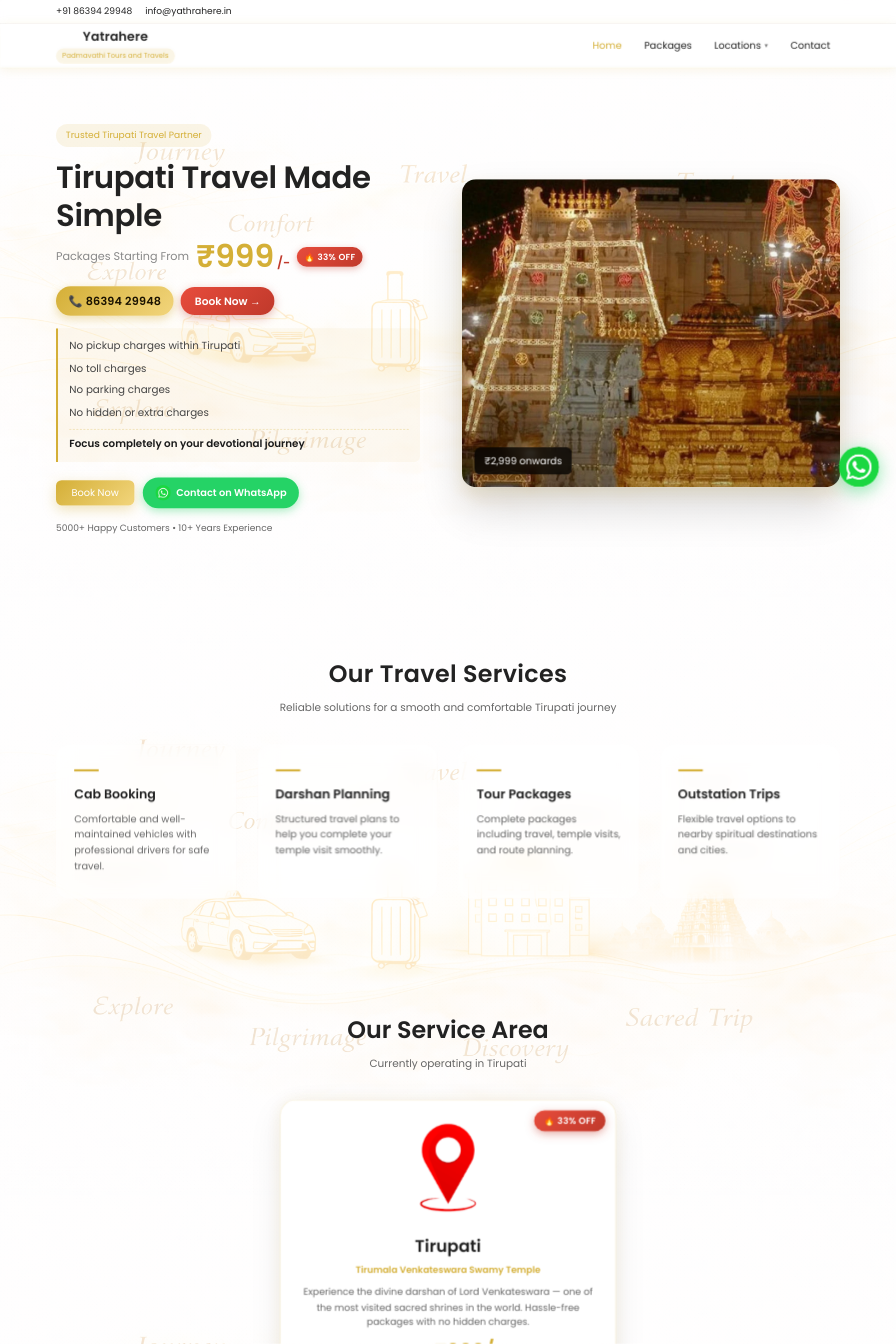
Repository: heytirupati/Bookingweb
Page: index.html
An editor plug-in stored every save of this project. The page is shown before and after the next save, followed by the edit.
The browser window is 1280 px wide. The pictures show the part of the page from y = 0 to 1920 px (the page is 5338 px tall before and 5330 px after), at 70% of full size.
Backgrounds fixed to the window are drawn as part of the page.

Above is the page before, as saved 2026-04-29 16:23:43.

### index.html
<!DOCTYPE html>
<html lang="en">
<head>
    <meta charset="UTF-8">
    <meta name="viewport" content="width=device-width, initial-scale=1.0">

    <title>Tirupati Packages & Cab Services | Yatrahere</title>
    <meta name="description" content="Affordable Tirupati darshan packages with reliable cab services, no hidden charges, and smooth travel planning. Book your Tirupati journey with Yatrahere.">
    <meta name="keywords" content="Tirupati packages, Tirumala darshan, Tirupati cab service, temple travel, Tirupati tours">

    <link href="https://fonts.googleapis.com/css2?family=Poppins:wght@300;400;600&display=swap" rel="stylesheet">
    <link rel="stylesheet" href="css/style.css">
</head>
<body>

<!-- TOP BAR -->
<section class="top-bar">
    <div class="container">
        <div class="top-left">
            <span>+91 86394 29948</span>
            <span>info@yathrahere.in</span>
        </div>
    </div>
</section>

<!-- NAVBAR -->
<header class="navbar">
    <div class="container">
        <div class="logo">
            <a href="index.html" class="logo-link">
                <h2>Yatrahere</h2>
                <div class="hero-badge nav-badge">
                    Padmavathi Tours and Travels
                </div>
            </a>
        </div>
        <div class="menu-toggle" id="menuToggle">☰</div>
        <nav class="nav-menu" id="navMenu">
            <ul>
                <li><a href="index.html" class="active">Home</a></li>
                <li><a href="tirupathi.html">Packages</a></li>

                <li class="has-dropdown">
                    <button class="nav-trigger">Locations <span class="nav-caret">▾</span></button>
                    <div class="nav-dropdown">
                        <a href="tirupathi.html">
                            <span class="nav-dropdown-text">
                                <strong>Tirupati</strong>
                                <span>Darshan · Packages</span>
                            </span>
                        </a>
                    </div>
                </li>

                <li><a href="index.html#contact">Contact</a></li>
            </ul>
        </nav>
    </div>
</header>

<!-- HERO -->
<section class="hero">
    <div class="container hero-container">

        <div class="hero-left">

            <div class="hero-badge">Trusted Tirupati Travel Partner</div>

            <h1>Tirupati Travel Made Simple</h1>

            <div class="hero-price-highlight">
    <div style="width:100%; display:flex; align-items:center; gap:10px; flex-wrap:wrap; margin-bottom:6px;">
        <span class="hero-price-from">Packages Starting From</span>
        <span class="hero-price-amount">₹999<span class="hero-price-only">/-</span></span>
        <span class="hero-discount-badge">🔥 33% OFF</span>
    </div>
    <div style="width:100%; display:flex; align-items:center; gap:10px; flex-wrap:wrap; margin-top:4px;">
        <a href="tel:+918639429948" class="hero-phone-pill">📞 86394 29948</a>
        <a href="booking.html" class="hero-book-now-pill">Book Now →</a>
    </div>
</div>

            <div class="hero-perks">
                <div class="hero-perk-item">
                    <span>No pickup charges within Tirupati</span>
                </div>
                <div class="hero-perk-item">
                    <span>No toll charges</span>
                </div>
                <div class="hero-perk-item">
                    <span>No parking charges</span>
                </div>
                <div class="hero-perk-item">
                    <span>No hidden or extra charges</span>
                </div>
                <div class="hero-perk-item hero-perk-highlight">
                    <span>Focus completely on your devotional journey</span>
                </div>
            </div>

            <div class="hero-buttons">
                <a href="booking.html" class="btn btn-primary">Book Now</a>
                <a href="https://wa.me/918639429948" target="_blank" class="booking-wa-pill"><img src="images/whatsapplogo.png" alt="WhatsApp" class="wa-btn-icon"> Contact on WhatsApp</a>
            </div>
                <div class="hero-trust">5000+ Happy Customers • 10+ Years Experience</div>

        </div>

        <div class="hero-right">
            <div class="carousel">
                <img src="images/t1.jpg" class="active" alt="Tirupati Temple">
                <img src="images/t2.jpg" alt="Tirupati Darshan">
                <img src="images/t3.jpg" alt="Tirupati Travel">
                <div class="hero-price">₹2,999 onwards</div>
            </div>
        </div>

    </div>
</section>

<!-- SERVICES -->
<section class="services">
    <div class="container">
        <div class="section-header">
            <h2 class="services-title">Our Travel Services</h2>
            <p class="section-subtext">Reliable solutions for a smooth and comfortable Tirupati journey</p>
        </div>
        <div class="service-cards">

            <div class="service-card">
                <div class="service-top-line"></div>
                <h3>Cab Booking</h3>
                <p>Comfortable and well-maintained vehicles with professional drivers for safe travel.</p>
            </div>

            <div class="service-card">
                <div class="service-top-line"></div>
                <h3>Darshan Planning</h3>
                <p>Structured travel plans to help you complete your temple visit smoothly.</p>
            </div>

            <div class="service-card">
                <div class="service-top-line"></div>
                <h3>Tour Packages</h3>
                <p>Complete packages including travel, temple visits, and route planning.</p>
            </div>

            <div class="service-card">
                <div class="service-top-line"></div>
                <h3>Outstation Trips</h3>
                <p>Flexible travel options to nearby spiritual destinations and cities.</p>
            </div>

        </div>
    </div>
</section>

<!-- LOCATIONS -->
<section class="locations" id="locations">
    <div class="container">
        <div class="section-header">
            <h2 class="locations-title">Our Service Area</h2>
            <p class="locations-subtext">Currently operating in Tirupati</p>
        </div>
        <div class="location-cards">
            <div class="location-card-rich">
                <div class="location-card-body">
                    <div class="location-card-icon"><img src="images/location.png" alt="Tirupati"></div>
                    <span class="location-offer-badge" style="display:inline-block;margin-bottom:10px;">🔥 33% OFF</span>
                    <h3>Tirupati</h3>
                    <p class="location-card-sub">Tirumala Venkateswara Swamy Temple</p>
                    <p class="location-card-desc">Experience the divine darshan of Lord Venkateswara — one of the most visited sacred shrines in the world. Hassle-free packages with no hidden charges.</p>
                    <div class="location-card-price">
                        <span class="location-old-price">₹1,499</span>
                        <span class="location-new-price">₹999/-</span>
                    </div>
                    <a href="tirupathi.html" class="btn btn-primary location-book-btn">Book Now — 33% Off</a>
                </div>
            </div>
        </div>
    </div>
</section>

<!-- POPULAR PACKAGES -->
<section class="packages" id="packages">
    <div class="container">
        <div class="section-header">
            <h2 class="packages-title">Popular Packages</h2>
            <p class="section-subtext">Choose from our most booked travel options</p>
        </div>

        <div class="package-cards" id="popularPackageCards"></div>

        <div style="text-align:center; margin-top:30px;">
            <a href="tirupathi.html#packages" class="btn btn-outline">View All Packages</a>
        </div>
    </div>
</section>

<!-- SPIRITUAL JOURNEY -->
<section class="spiritual-journey">
    <div class="container">
        <div class="section-header">
            <h2 class="spiritual-title">Spiritual Destinations</h2>
            <p class="spiritual-subtext">Sacred places known for devotion and inner peace</p>
        </div>

        <div class="spiritual-wrapper">
            <div class="spiritual-track">

                <div class="spiritual-item">
                    <div class="spiritual-image"><img src="images/tirumalatemple.png" alt="Tirupati Temple"></div>
                    <div class="spiritual-content">
                        <h3>Tirupati</h3>
                        <p>Home to the Tirumala Venkateswara Temple, one of the most visited pilgrimage sites known for divine blessings and spiritual significance.</p>
                    </div>
                </div>

                <div class="spiritual-item">
                    <div class="spiritual-image"><img src="images/tiruvannamalai.jpg" alt="Tiruvannamalai"></div>
                    <div class="spiritual-content">
                        <h3>Tiruvannamalai</h3>
                        <p>A sacred destination dedicated to Lord Shiva, known for the Arunachala hill and the spiritual practice of Girivalam.</p>
                    </div>
                </div>

            </div>
        </div>
    </div>
</section>

<!-- TESTIMONIALS -->
<section class="testimonials">
    <div class="container">
        <h2>Customer Reviews</h2>

        <div class="testimonial-wrapper">
            <div class="testimonial-track">

                <!-- ORIGINAL SET -->
                <div class="testimonial-card">
                    <p>Very smooth darshan experience with timely pickup and well-organized service.</p>
                    <h4>Ramesh Kumar</h4><span>Tirupati Package</span>
                </div>

                <div class="testimonial-card">
                    <p>Comfortable journey and excellent driver support throughout the trip.</p>
                    <h4>Suresh Reddy</h4><span>Tirumala Visit</span>
                </div>

                <div class="testimonial-card">
                    <p>Simple booking process and a peaceful travel experience. Highly recommended.</p>
                    <h4>Anita Sharma</h4><span>Complete Experience</span>
                </div>

                <div class="testimonial-card">
                    <p>Driver was polite and guided us properly for darshan. Hassle-free journey.</p>
                    <h4>Mahesh Babu</h4><span>Family Trip</span>
                </div>

                <div class="testimonial-card">
                    <p>Good pricing with no hidden charges. Everything was clearly explained.</p>
                    <h4>Priya Nair</h4><span>One Day Package</span>
                </div>

                <div class="testimonial-card">
                    <p>Vehicle was clean and comfortable. Perfect for elderly parents.</p>
                    <h4>Venkatesh Rao</h4><span>Senior Travel</span>
                </div>

                <div class="testimonial-card">
                    <p>On-time pickup and smooth coordination. Very professional service.</p>
                    <h4>Karthik Reddy</h4><span>Darshan Ride</span>
                </div>

                <div class="testimonial-card">
                    <p>Booking was super easy and support team responded quickly.</p>
                    <h4>Sneha Patel</h4><span>Online Booking</span>
                </div>

                <div class="testimonial-card">
                    <p>Best travel experience in Tirupati. Will definitely book again.</p>
                    <h4>Rahul Verma</h4><span>Repeat Customer</span>
                </div>

                <div class="testimonial-card">
                    <p>Well planned itinerary and smooth execution. Totally worth it.</p>
                    <h4>Divya Sharma</h4><span>2-Day Yatra</span>
                </div>


                <!-- DUPLICATE SET (FOR INFINITE LOOP) -->
                <div class="testimonial-card">
                    <p>Very smooth darshan experience with timely pickup and well-organized service.</p>
                    <h4>Ramesh Kumar</h4><span>Tirupati Package</span>
                </div>

                <div class="testimonial-card">
                    <p>Comfortable journey and excellent driver support throughout the trip.</p>
                    <h4>Suresh Reddy</h4><span>Tirumala Visit</span>
                </div>

                <div class="testimonial-card">
                    <p>Simple booking process and a peaceful travel experience. Highly recommended.</p>
                    <h4>Anita Sharma</h4><span>Complete Experience</span>
                </div>

                <div class="testimonial-card">
                    <p>Driver was polite and guided us properly for darshan. Hassle-free journey.</p>
                    <h4>Mahesh Babu</h4><span>Family Trip</span>
                </div>

                <div class="testimonial-card">
                    <p>Good pricing with no hidden charges. Everything was clearly explained.</p>
                    <h4>Priya Nair</h4><span>One Day Package</span>
                </div>

                <div class="testimonial-card">
                    <p>Vehicle was clean and comfortable. Perfect for elderly parents.</p>
                    <h4>Venkatesh Rao</h4><span>Senior Travel</span>
                </div>

                <div class="testimonial-card">
                    <p>On-time pickup and smooth coordination. Very professional service.</p>
                    <h4>Karthik Reddy</h4><span>Darshan Ride</span>
                </div>

                <div class="testimonial-card">
                    <p>Booking was super easy and support team responded quickly.</p>
                    <h4>Sneha Patel</h4><span>Online Booking</span>
                </div>

                <div class="testimonial-card">
                    <p>Best travel experience in Tirupati. Will definitely book again.</p>
                    <h4>Rahul Verma</h4><span>Repeat Customer</span>
                </div>

                <div class="testimonial-card">
                    <p>Well planned itinerary and smooth execution. Totally worth it.</p>
                    <h4>Divya Sharma</h4><span>2-Day Yatra</span>
                </div>

            </div>
        </div>
    </div>
</section>

<!-- CTA -->
<section class="cta">
    <div class="container">
        <div class="cta-box">
            <div class="cta-badge">🎉 Limited Time Offer — 33% OFF</div>
            <h2>Plan Your Tirupati Journey Today</h2>
            <p class="cta-subtext">Join 5000+ devotees who've trusted us for a peaceful, hassle-free darshan experience. No hidden charges. Professional drivers. Pure devotion.</p>
            <div class="cta-price-strip">
                <span class="cta-old">₹1,499</span>
                <span class="cta-new">₹999/-</span>
                <span class="cta-save">You save ₹500!</span>
            </div>
            <div class="cta-buttons">
                <a href="booking.html" class="btn btn-primary">🙏 Book Now</a>
                <a href="https://wa.me/918639429948" target="_blank" class="booking-wa-pill"><img src="images/whatsapplogo.png" alt="WhatsApp" class="wa-btn-icon"> WhatsApp Us</a>
            </div>
            <p class="cta-phone-line">Or call us directly: <a href="tel:+918639429948">+91 86394 29948</a></p>
        </div>
    </div>
</section>

<!-- FOOTER -->
<footer class="footer" id="contact">
    <div class="container">

        <div class="footer-col">
            <h3>Yatrahere</h3>
            <p>Reliable Tirupati travel services</p>
            <p class="footer-domain"><a href="https://yatra.in" target="_blank">yatra.in</a></p>
        </div>

        <div class="footer-col">
            <h4>Quick Links</h4>
            <ul>
                <li><a href="index.html">Home</a></li>
                <li><a href="#packages">Packages</a></li>
            </ul>
        </div>

        <div class="footer-col">
            <h4>Contact</h4>
            <p>+91 86394 29948</p>
            <p>info@yathrahere.in</p>
        </div>

    </div>

    <div class="footer-bottom">
        <p>Powered by <strong>Padmavathi Tours and Travels</strong></p>
    </div>
</footer>

<a href="https://wa.me/918639429948" class="whatsapp-float" target="_blank" aria-label="Chat on WhatsApp"><img src="images/whatsapplogo.png" alt="WhatsApp"></a>

<script src="js/packages-data.js"></script>
<script src="js/script.js"></script>

</body>
</html>

Loaded but not shown: js/script.js (638 lines, source omitted); js/Packages-data.js (482 lines, source omitted); css/style.css (1911 lines, source omitted)

After the next save:
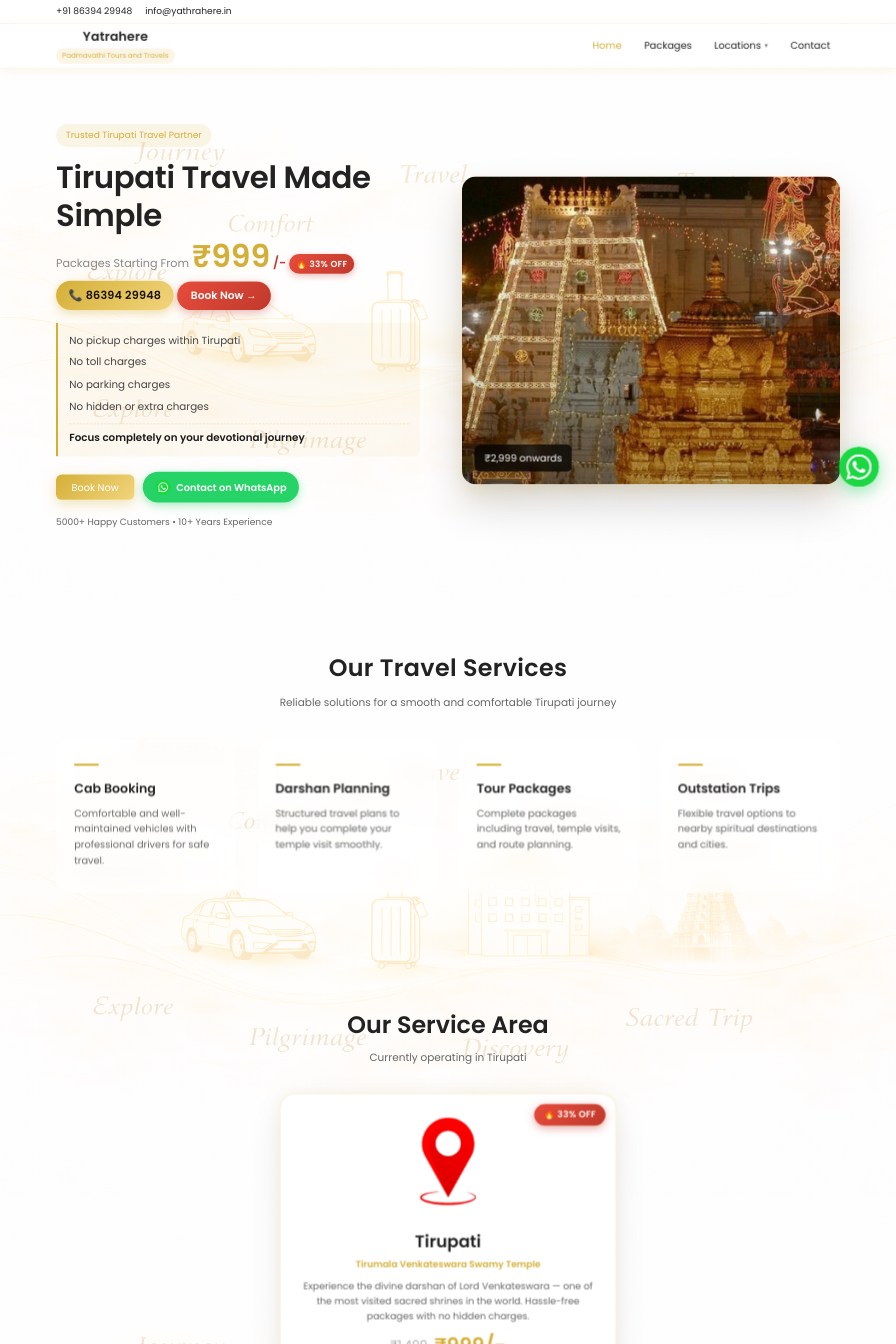
Saved 4 s later.
--- a/index.html
+++ b/index.html
@@ -69,16 +69,16 @@
             <h1>Tirupati Travel Made Simple</h1>
 
             <div class="hero-price-highlight">
-    <div style="width:100%; display:flex; align-items:center; gap:10px; flex-wrap:wrap; margin-bottom:6px;">
-        <span class="hero-price-from">Packages Starting From</span>
-        <span class="hero-price-amount">₹999<span class="hero-price-only">/-</span></span>
-        <span class="hero-discount-badge">🔥 33% OFF</span>
-    </div>
-    <div style="width:100%; display:flex; align-items:center; gap:10px; flex-wrap:wrap; margin-top:4px;">
-        <a href="tel:+918639429948" class="hero-phone-pill">📞 86394 29948</a>
-        <a href="booking.html" class="hero-book-now-pill">Book Now →</a>
-    </div>
-</div>
+                <div class="hero-price-row-1">
+                    <span class="hero-price-from">Packages Starting From</span>
+                    <span class="hero-price-amount">₹999<span class="hero-price-only">/-</span></span>
+                    <span class="hero-discount-badge">🔥 33% OFF</span>
+                </div>
+                <div class="hero-price-row-2">
+                    <a href="tel:+918639429948" class="hero-phone-pill">📞 86394 29948</a>
+                    <a href="booking.html" class="hero-book-now-pill">Book Now →</a>
+                </div>
+            </div>
 
             <div class="hero-perks">
                 <div class="hero-perk-item">
